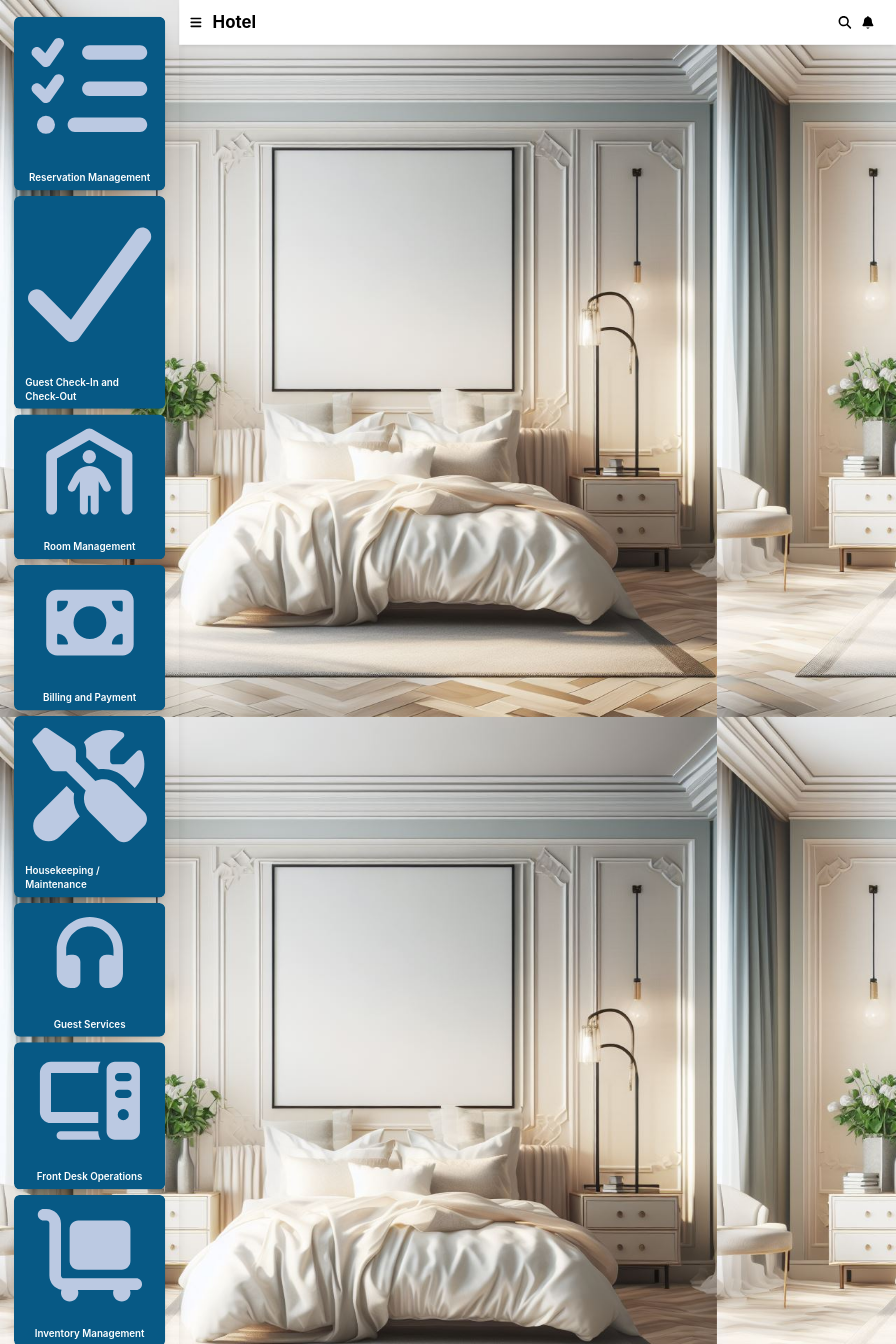
Repository: musabismael/Hotel
Page: /
These files come from the project's save history. The page is drawn as it stood at one moment and after the next save; the edit follows.
The browser window is 1280 px wide. The pictures show the part of the page from y = 0 to 1920 px (the page is 3016 px tall before and 720 px after), at 70% of full size.
The project was rebuilt for these pictures with package versions that can differ from the ones it lists, and the page was loaded fresh each time. Also part of the build but not shown: vite.config.js, src/App.css, src/pages/ReservationManagement.jsx, src/pages/GuestCheckInOut.jsx, src/pages/RoomManagement.jsx, src/pages/BillingPayment.jsx, src/pages/HousekeepingMaintenance.jsx, src/pages/GuestServices.jsx and 6 more.

Above is the page before, as saved 2023-10-01 19:00:24.

### index.html
<!doctype html>
<html lang="en">
  <head>
    <meta charset="UTF-8" />
    <link rel="icon" type="image/svg+xml" href="/vite.svg" />
    <meta name="viewport" content="width=device-width, initial-scale=1.0" />
    <title>Hotel</title>
  </head>
  <body>
    <div id="root"></div>
    <script type="module" src="/src/main.jsx"></script>
  </body>
</html>

### src/App.jsx
import "./App.css";
import { createBrowserRouter } from "react-router-dom";
import { RouterProvider } from "react-router";
import LandingPageLayout from "./layouts/LandingPageLayout";
import ReservationManagement from "./pages/ReservationManagement";
import GuestCheckInOut from "./pages/GuestCheckInOut";
import RoomManagement from "./pages/RoomManagement";
import BillingPayment from "./pages/BillingPayment";
import HousekeepingMaintenance from "./pages/HousekeepingMaintenance";
import GuestServices from "./pages/GuestServices";
import FrontDeskOperations from "./pages/FrontDeskOperations";
import InventoryManagement from "./pages/InventoryManagement";
import ReportingAnalytics from "./pages/ReportingAnalytics";
import SecurityAccessControl from "./pages/SecurityAccessControl";
import PointOfSale from "./pages/PointOfSale";
import CRM from "./pages/CRM"; // Import the CRM component
const router = createBrowserRouter([
  {
    path: "/",
    element: <LandingPageLayout />,
    children: [
      {
        path: "/reservation_management",
        element: <ReservationManagement />,
      },
      {
        path: "/guestCheckInOut",
        element: <GuestCheckInOut />,
      },
      {
        path: "/billing_and_payment",
        element: <BillingPayment />,
      },
      {
        path: "/room_management",
        element: <RoomManagement />,
      },
      {
        path: "/housekeeping_maintenance",
        element: <HousekeepingMaintenance />,
      },
      {
        path: "/guest_services",
        element: <GuestServices />,
      }, {
        path: "/desk_operations",
        element: <FrontDeskOperations />,
      }, {
        path: "/security_control",
        element: <SecurityAccessControl />,
      },
      {
        path: "/reporting_and_analytics",
        element: <ReportingAnalytics />,
      }, {
        path: "/inventory_management",
        element: <InventoryManagement />,
      },
      {
        path: "/pos",
        element: <PointOfSale />,
      },
      {
        path: "/crm",
        element: <CRM />,
      },
    ],
  },
]);

const App = () => <RouterProvider router={router} />;
export default App;

### src/index.css
@tailwind base;
@tailwind components;
@tailwind utilities;

:root {
  font-family: Inter, system-ui, Avenir, Helvetica, Arial, sans-serif;
  line-height: 1.5;
  font-weight: 400;
  background-image: url("cover.jpeg"), url("cover.jpeg");
  background-color:#397398;

  font-synthesis: none;
  text-rendering: optimizeLegibility;
  -webkit-font-smoothing: antialiased;
  -moz-osx-font-smoothing: grayscale;
  -webkit-text-size-adjust: 100%;
}

### src/layouts/LandingPageLayout.jsx
import { Outlet } from "react-router";
import Header from "../component/Header";
import Sidebar from "../component/Sidebar";
const LandingPageLayout = () => {
  return (
    <div className="flex #3d7c9f">
      <Sidebar />

      <div className="flex-1">
        <Header />
        <main className="p-4">
          <Outlet />
        </main>
      </div>
    </div>
  );
};

export default LandingPageLayout;

### src/component/Header.jsx
import { FontAwesomeIcon } from "@fortawesome/react-fontawesome";
import { faBars, faBell, faSearch } from "@fortawesome/free-solid-svg-icons";

function Header() {
  return (
    <header className="bg-white shadow-md p-4 flex justify-between items-center sticky top-0 w-full  ">
      <div className="flex items-center">
        <FontAwesomeIcon
          icon={faBars}
          className="text-black mr-4 text-lg color"
        />
        <h1 className="text-2xl font-bold text-black">Hotel</h1>
      </div>
      <div className="flex items-center">
        <FontAwesomeIcon icon={faSearch} className="text-black text-lg mr-4" />
        <FontAwesomeIcon icon={faBell} className="text-black text-lg mr-4" />

        {/* Add other icons or elements on the right side here */}
      </div>
    </header>
  );
}

export default Header;

### src/component/Sidebar.jsx
import Card from "./Card";
import {
  faPersonShelter,
  faListCheck,
  faCheck,
  faMoneyBill,
  faScrewdriverWrench,
  faHeadphones,
  faComputer,
  faCartFlatbed,
  faPersonMilitaryPointing,
  faChartBar,
  faKey,
  faBookmark,
} from "@fortawesome/free-solid-svg-icons";

const Sidebar = () => {
  const cardData = [
    {
      id: 1,
      title: "Reservation Management",
      description:
        "Online booking, availability calendar, and booking modification.",
      icon: faListCheck,
      link: "/reservation_management",
    },
    {
      id: 2,
      title: "Guest Check-In and Check-Out",
      description: "Guest registration, check-out, and key card issuance.",
      icon: faCheck,
      link: "/GuestCheckInOut",
    },
    {
      id: 3,
      title: "Room Management",
      description: "Room assignment, status updates, and inventory tracking.",
      icon: faPersonShelter,
      link: "/room_Management",
    },
    {
      id: 4,
      title: "Billing and Payment",
      description: "Invoicing, payment processing, and split billing.",
      icon: faMoneyBill,
      link: "/billing_and_payment",
    },
    {
      id: 5,
      title: "Housekeeping / Maintenance",
      description:
        "Housekeeping schedule, maintenance requests, and inventory management.",
      icon: faScrewdriverWrench,
      link: "/housekeeping_maintenance",
    },
    {
      id: 6,
      title: "Guest Services",
      description:
        "Concierge services, room service, wake-up calls, and laundry services.",
      icon: faHeadphones,
      link: "/guest_services",
    },
    {
      id: 7,
      title: "Front Desk Operations",
      description: "Guest inquiries, check-in/out, and guest profile access.",
      icon: faComputer,
      link: "/desk_operations",
    },
    {
      id: 8,
      title: "Inventory Management",
      description: "Managing hotel supplies and amenities.",
      icon: faCartFlatbed,
      link: "/inventory_management",
    },
    {
      id: 9,
      title: "Reporting and Analytics",
      description: "Generate reports on occupancy, revenue, and key metrics.",
      icon: faChartBar,
      link: "/reporting_and_analytics",
    },

    {
      id: 10,
      title: "Security and Access Control",
      description: "Surveillance camera integration and access control.",
      icon: faKey,
      link: "/security_control",
    },
    {
      id: 11,
      title: "Point of Sale (POS)",
      description:
        "Integration with on-site restaurants, bars, and gift shops.",
      icon: faBookmark,
      link: "/pos",
    },

    {
      id: 12,
      title: "Customer Relationship Management (CRM)",
      description: "Guest profiles, preferences, and loyalty programs.",
      icon: faPersonMilitaryPointing,
      link: "/crm",
    },

    // Add more service/feature objects here
  ];

  const handleCardClick = (id) => {
    console.log(`Card with ID ${id} clicked`);
  };
  return (
    <aside className="bg-white-700  w-1/5 min-h-screen p-4 shadow-lg  ">
      <nav>
        {cardData.map((card) => (
          <Card
            key={card.id}
            link={card.link}
            icon={card.icon}
            title={card.title}
            onClick={() => handleCardClick(card.id)}
          />
        ))}
      </nav>
    </aside>
  );
};

export default Sidebar;

### src/component/Card.jsx
import { Link } from "react-router-dom";
import { FontAwesomeIcon } from "@fortawesome/react-fontawesome";
function Card({ link, icon, title, onClick }) {
  return (
    <div
      className="max-w-sm  mx-1 my-2 cursor-pointer shadow-lg rounded-lg overflow-hidden hover:shadow-xl transition duration-300 transform hover:scale-105"
      onClick={onClick}
    >
      <div className="bg-sky-800 rounded-lg overflow-hidden shadow-lg flex flex-col items-center justify-center">
        <Link to={link} className="text-blue-600 hover:text-blue-800">
          <FontAwesomeIcon
            icon={icon}
            size="2xs"
            className=" w-auto p-5 h-auto object-cover"
            style={{ color: "#bbc9e2" }}
          />

          <div className="px-4 py-2 items-center">
            <h3 className=" text-white text-sm  flex flex-col text-ellipsis items-center font-semibold">
              {title}
            </h3>
            {/* Add more content or description here if needed */}
          </div>
        </Link>
      </div>
    </div>
  );
}

export default Card;

### tailwind.config.js
/** @type {import('tailwindcss').Config} */
export default {
  content: [
    "./index.html",
    "./src/**/*.{js,ts,jsx,tsx}",
  ],
  theme: {
    extend: {
      fontFamily: {
        'custom': ['CustomFont', 'sans'],
      },
      textColor: {
        'custom': '#333333', // Custom text color
      },
    },
  },
  plugins: [],
}

Loaded but not shown: src/main.jsx (common file)

After the next save:
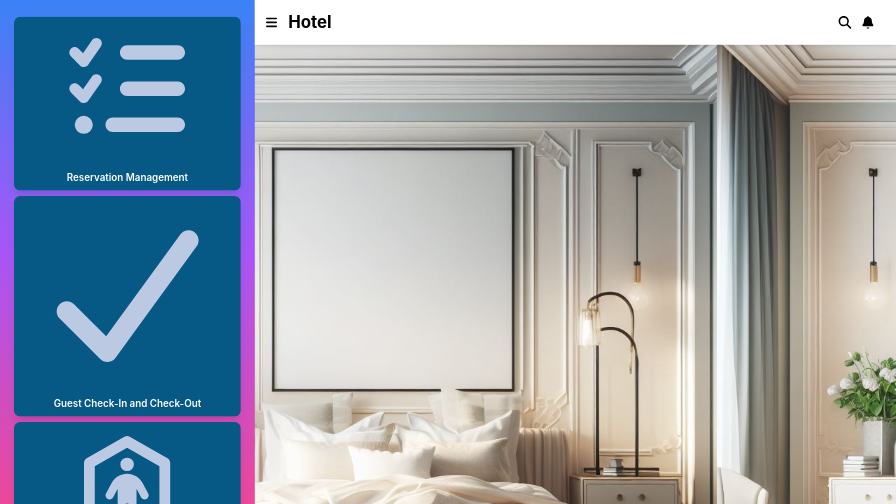
Saved 3 min 4 s later.
--- a/src/component/Sidebar.jsx
+++ b/src/component/Sidebar.jsx
@@ -114,7 +114,7 @@
     console.log(`Card with ID ${id} clicked`);
   };
   return (
-    <aside className="bg-white-700  w-1/5 min-h-screen p-4 shadow-lg  ">
+    <aside className="p-4 h-screen overflow-y-auto bg-gradient-to-b from-blue-500 via-purple-500 to-pink-500">
       <nav>
         {cardData.map((card) => (
           <Card

After the 4 saves that followed:
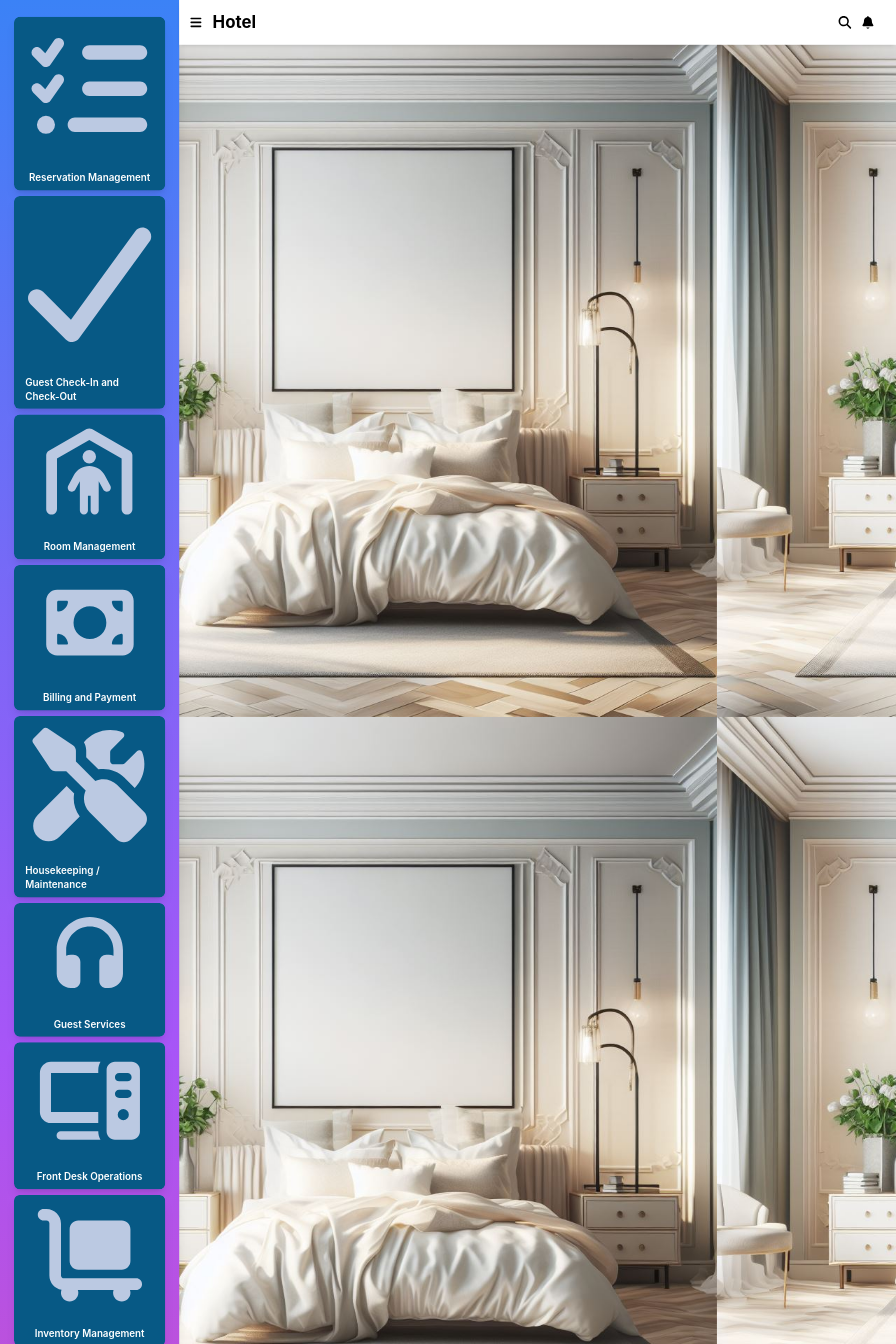
The 4 saves are shown as one change because 2 did not build or start and some came seconds apart.
The last was saved 70 s later.
--- a/src/component/Sidebar.jsx
+++ b/src/component/Sidebar.jsx
@@ -114,7 +114,8 @@
     console.log(`Card with ID ${id} clicked`);
   };
   return (
-    <aside className="p-4 h-screen overflow-y-auto bg-gradient-to-b from-blue-500 via-purple-500 to-pink-500">
+    <aside className="bg-white-700  w-1/5 min-h-screen p-4 shadow-lg  overflow-y-auto bg-gradient-to-b from-blue-500 via-purple-500 to-pink-500 ">
+
       <nav>
         {cardData.map((card) => (
           <Card
